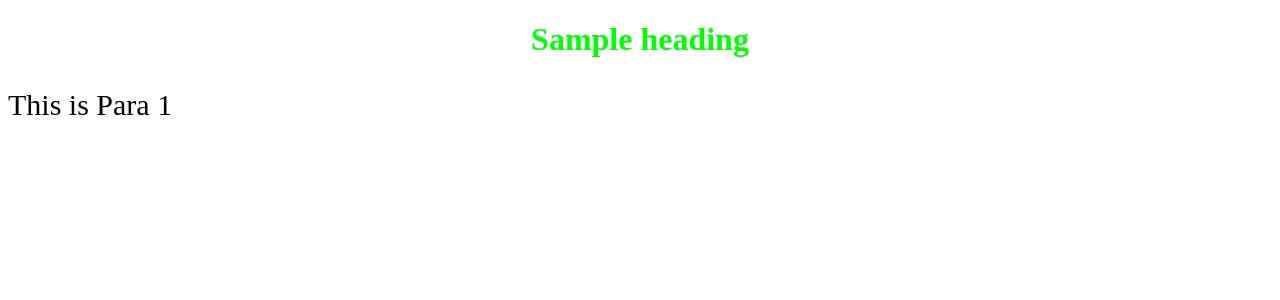
Repository: jbn-aman/wiprobatch1
Page: project/work/html/mywebapp/public/pages/cssdemo.html
An editor plug-in stored every save of this project. The page is shown before and after the next save, followed by the edit.
The browser window is 1280 px wide. The pictures show the whole page.

Above is the page before, as saved 2024-04-01 12:01:47.

### project/work/html/mywebapp/public/pages/cssdemo.html
<!DOCTYPE html>
<html>
<head>
<meta charset="ISO-8859-1">
<title>CSS demo</title>

<style>
h1 {
	color: lime;
	text-align :center
}

p {
	font-size :30px;
  	}
</style>


</head>
<body>

	<h1>Sample heading</h1>

	<p>This is Para 1</p>

</body>
</html>

After the next save:
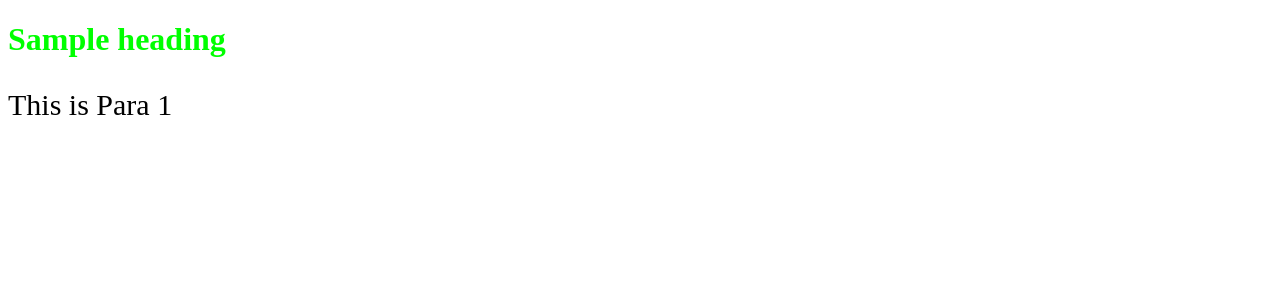
Saved 19 s later.
--- a/project/work/html/mywebapp/public/pages/cssdemo.html
+++ b/project/work/html/mywebapp/public/pages/cssdemo.html
@@ -8,6 +8,7 @@
 h1 {
 	color: lime;
 	text-align :center
+	font-size :100px;
 }
 
 p {

After the 2 saves that followed:
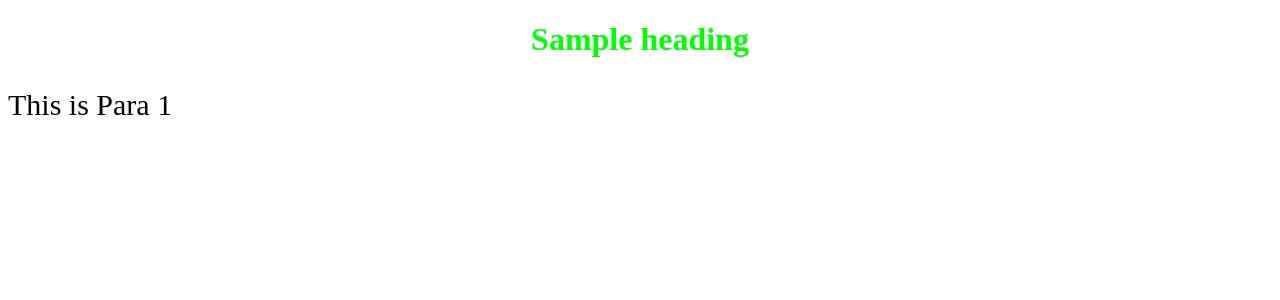
The 2 saves are shown as one change because 1 left the picture as it was.
The last was saved 36 s later.
--- a/project/work/html/mywebapp/public/pages/cssdemo.html
+++ b/project/work/html/mywebapp/public/pages/cssdemo.html
@@ -7,8 +7,8 @@
 <style>
 h1 {
 	color: lime;
-	text-align :center
-	font-size :100px;
+	text-align :center;
+	font-size : 100 px;
 }
 
 p {
